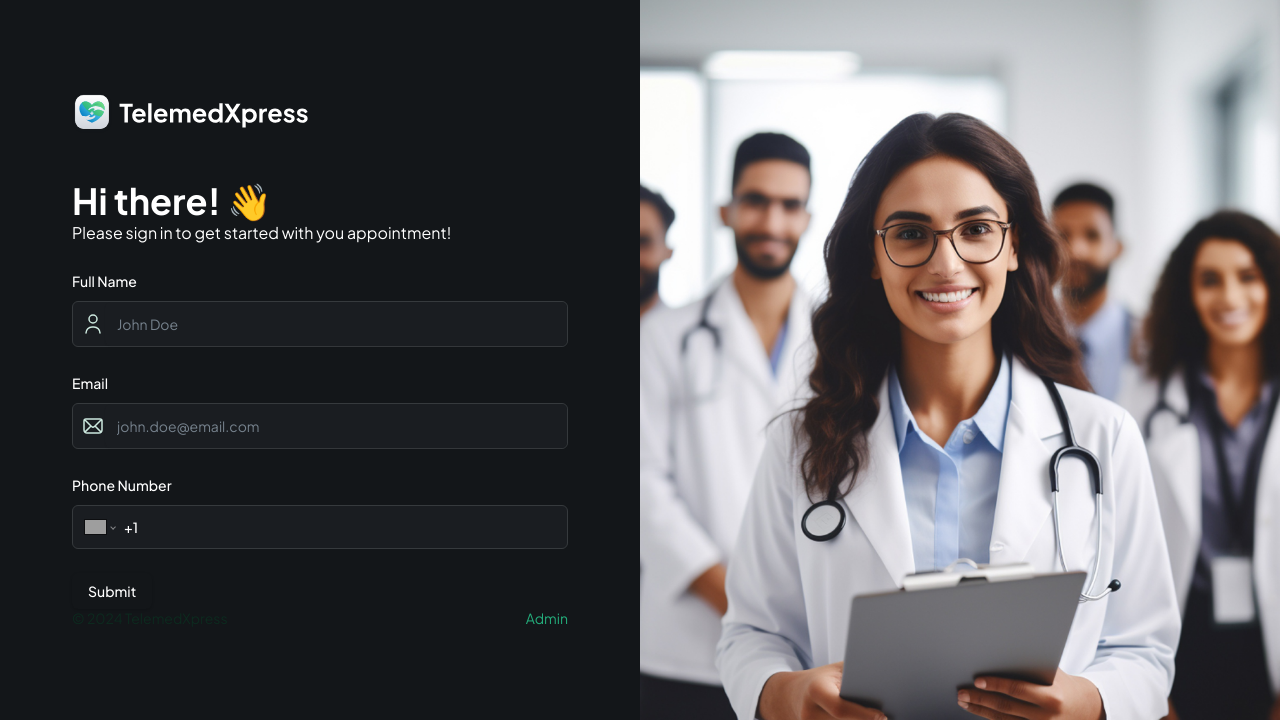
Repository: Carlito-Pedida/telemed
Page: /
An editor plug-in stored every save of this project. The page is shown before and after the next save, followed by the edit.
The browser window is 1280 px wide. The pictures show the whole page.
Pictures or frames that could not be fetched are drawn as grey boxes. The project was rebuilt for these pictures with package versions that can differ from the ones it lists, and the page was loaded fresh each time. The framework's server and built-in components were replaced by stand-ins that run in the browser. Also part of the build but not shown: next.config.mjs, components/ui/select.tsx, components/ui/textarea.tsx, components/ui/checkbox.tsx.

Above is the page before, as saved 2024-11-04 19:51:24.

After the next save:
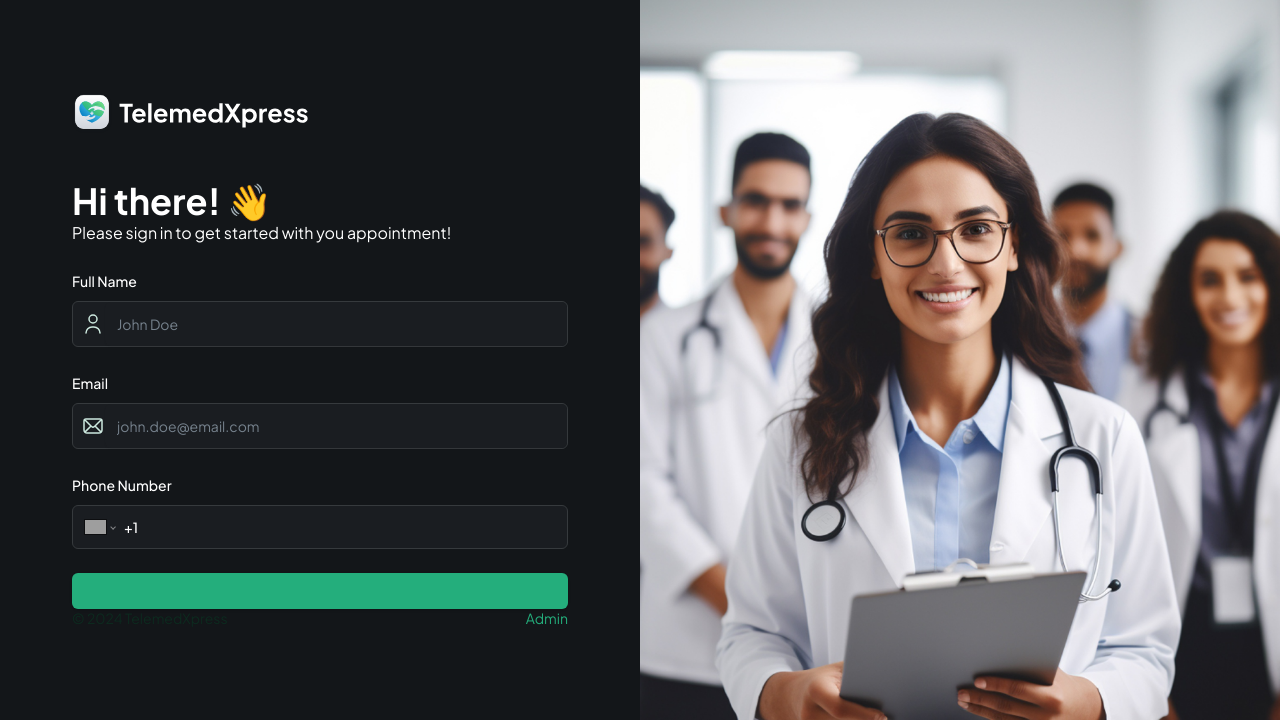
Saved 40 s later.
--- a/components/forms/PatientForm.tsx
+++ b/components/forms/PatientForm.tsx
@@ -7,6 +7,7 @@ import { z } from "zod";
 import { Button } from "@/components/ui/button";
 import { Form } from "@/components/ui/form";
 import CustomFormField from "../CustomFormField";
+import SubmitButton from "../SubmitButton";
 
 export enum FormFieldType {
   INPUT = "input",
@@ -76,7 +77,7 @@ const PatientForm = () => {
             placeholder="+(123) 123 1234"
           />
 
-          <Button type="submit">Submit</Button>
+          <SubmitButton isLoading={false} children={undefined} />
         </form>
       </Form>
     </div>
